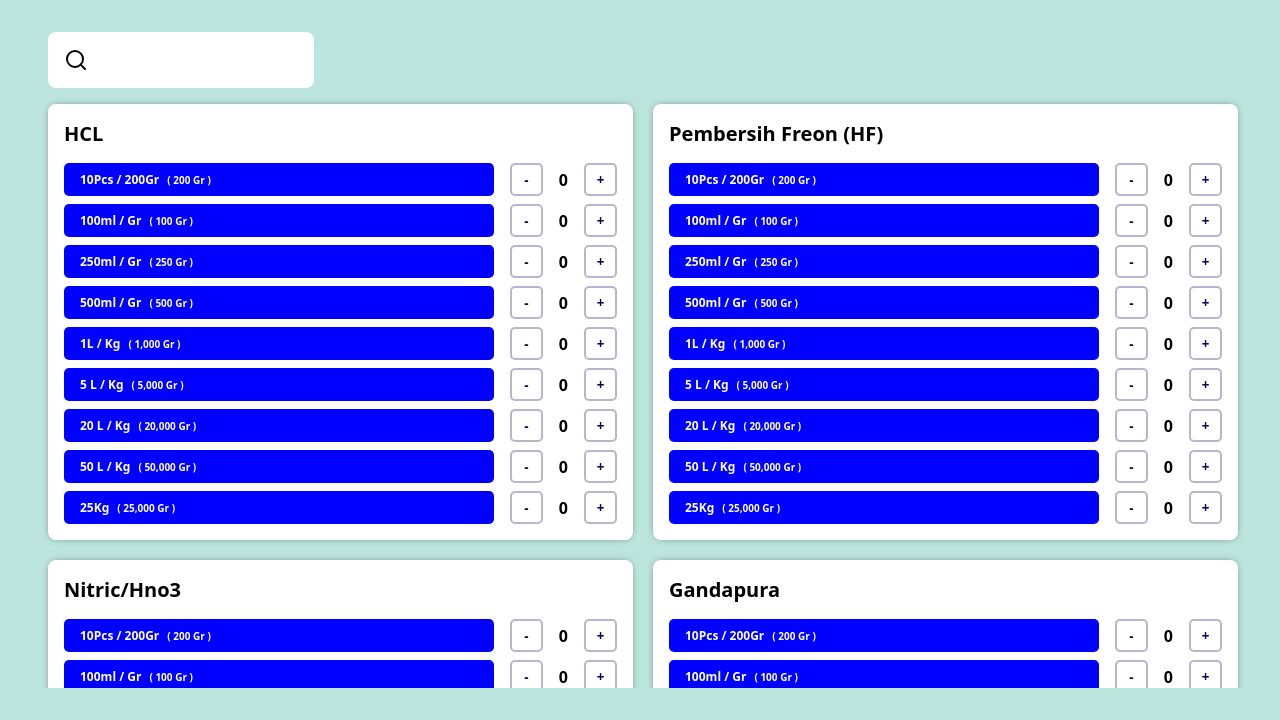
Repository: zuraniumlab-design/upstock-amsk
Page: /
These files come from the project's save history. The page is drawn as it stood at one moment and after the next save; the edit follows.
The browser window is 1280 px wide. The pictures show the whole page.
An inner scrolling area shows only its first screen. The project was rebuilt for these pictures with package versions that can differ from the ones it lists, and the page was loaded fresh each time. Also part of the build but not shown: vite.config.js.

Above is the page before, as saved 2026-06-18 17:16:29.

After the next save:
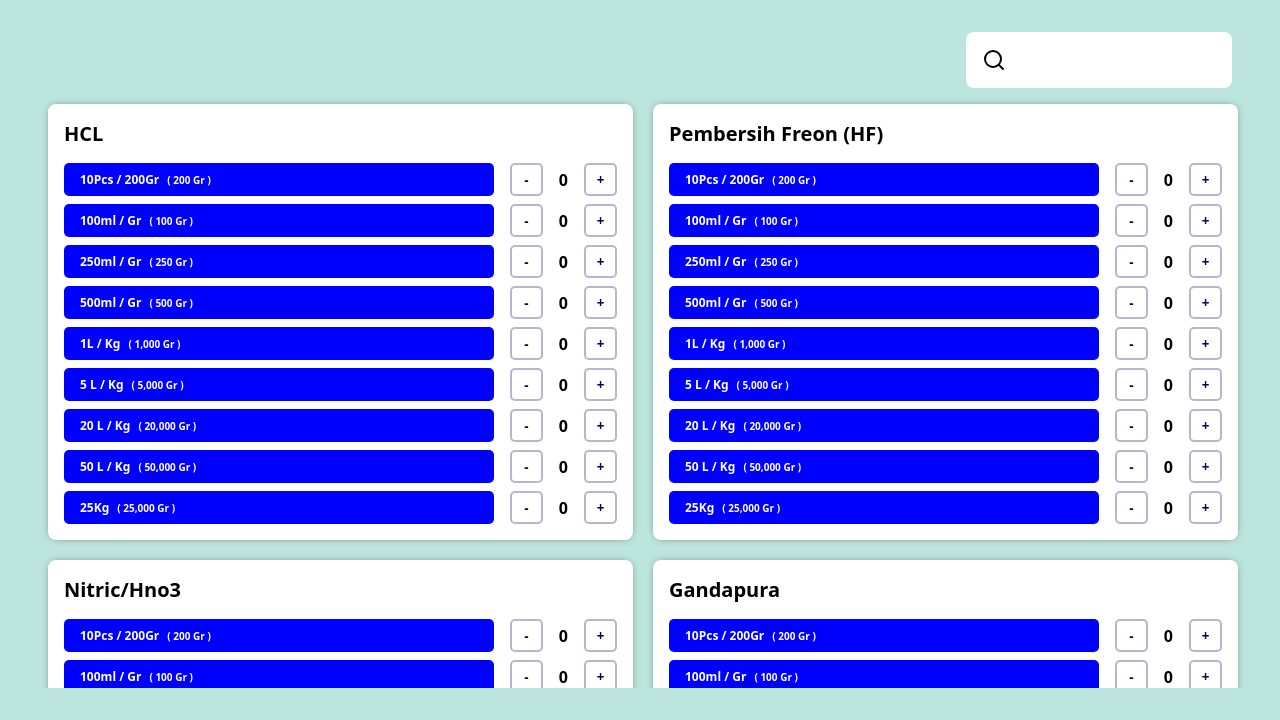
Saved 14 s later.
--- a/src/App.module.css
+++ b/src/App.module.css
@@ -23,6 +23,7 @@
 .head {
   height: fit-content;
   padding-inline: 1rem;
+  justify-content: end;
 }
 
 .search {
